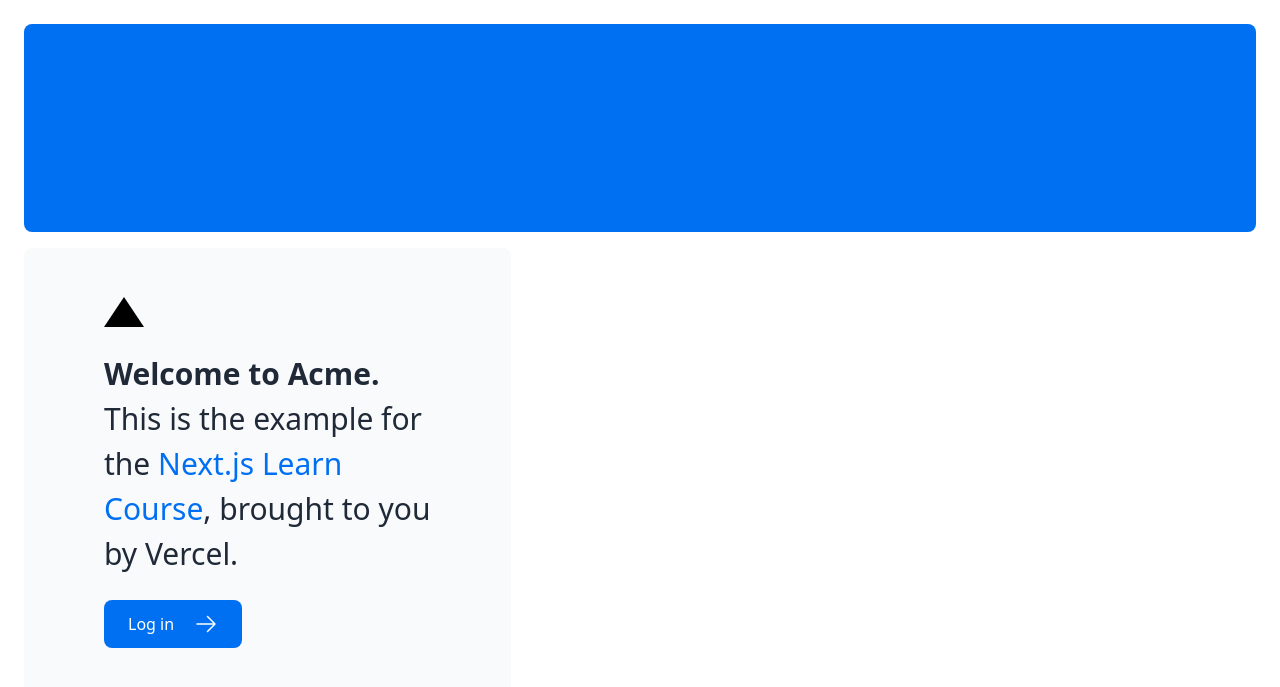
Repository: ankit-Kumar-4/nextjs-dashboard
Page: /
An editor plug-in stored every save of this project. The page is shown before and after the next save, followed by the edit.
The browser window is 1280 px wide. The pictures show the whole page.
The project was rebuilt for these pictures with package versions that can differ from the ones it lists, and the page was loaded fresh each time. The framework's server and built-in components were replaced by stand-ins that run in the browser. Also part of the build but not shown: next.config.mjs.

Above is the page before, as saved 2024-06-27 21:41:20.

### app/layout.tsx
import '@/app/ui/global.css'
import { inter } from '@/app/ui/fonts';

export default function RootLayout({
  children,
}: {
  children: React.ReactNode;
}) {
  return (
    <html lang="en">
      <body>{children}</body>
    </html>
  );
}

### app/page.tsx
import AcmeLogo from '@/app/ui/acme-logo';
import { ArrowRightIcon } from '@heroicons/react/24/outline';
import Link from 'next/link';
import styles from '@/app/ui/home.module.css';

export default function Page() {
  return (
    <main className="flex min-h-screen flex-col p-6">
      <div className="flex h-20 shrink-0 items-end rounded-lg bg-blue-500 p-4 md:h-52">
        {/* <AcmeLogo /> */}
      </div>
      <div className="mt-4 flex grow flex-col gap-4 md:flex-row">
        <div className="flex flex-col justify-center gap-6 rounded-lg bg-gray-50 px-6 py-10 md:w-2/5 md:px-20">
          <div
            // className="relative w-0 h-0 border-l-[15px] border-r-[15px] border-b-[26px] border-l-transparent border-r-transparent border-b-black"
            className={styles.shape}
          />
          <p className={`text-xl text-gray-800 md:text-3xl md:leading-normal`}>
            <strong>Welcome to Acme.</strong> This is the example for the{' '}
            <a href="https://nextjs.org/learn/" className="text-blue-500">
              Next.js Learn Course
            </a>
            , brought to you by Vercel.
          </p>
          <Link
            href="/login"
            className="flex items-center gap-5 self-start rounded-lg bg-blue-500 px-6 py-3 text-sm font-medium text-white transition-colors hover:bg-blue-400 md:text-base"
          >
            <span>Log in</span> <ArrowRightIcon className="w-5 md:w-6" />
          </Link>
        </div>
        <div className="flex items-center justify-center p-6 md:w-3/5 md:px-28 md:py-12">
          {/* Add Hero Images Here */}
        </div>
      </div>
    </main>
  );
}

Loaded but not shown: app/ui/global.css (common file); app/ui/home.module.css (common file); tailwind.config.ts (common file); app/ui/fonts.ts (common file)

After the next save:
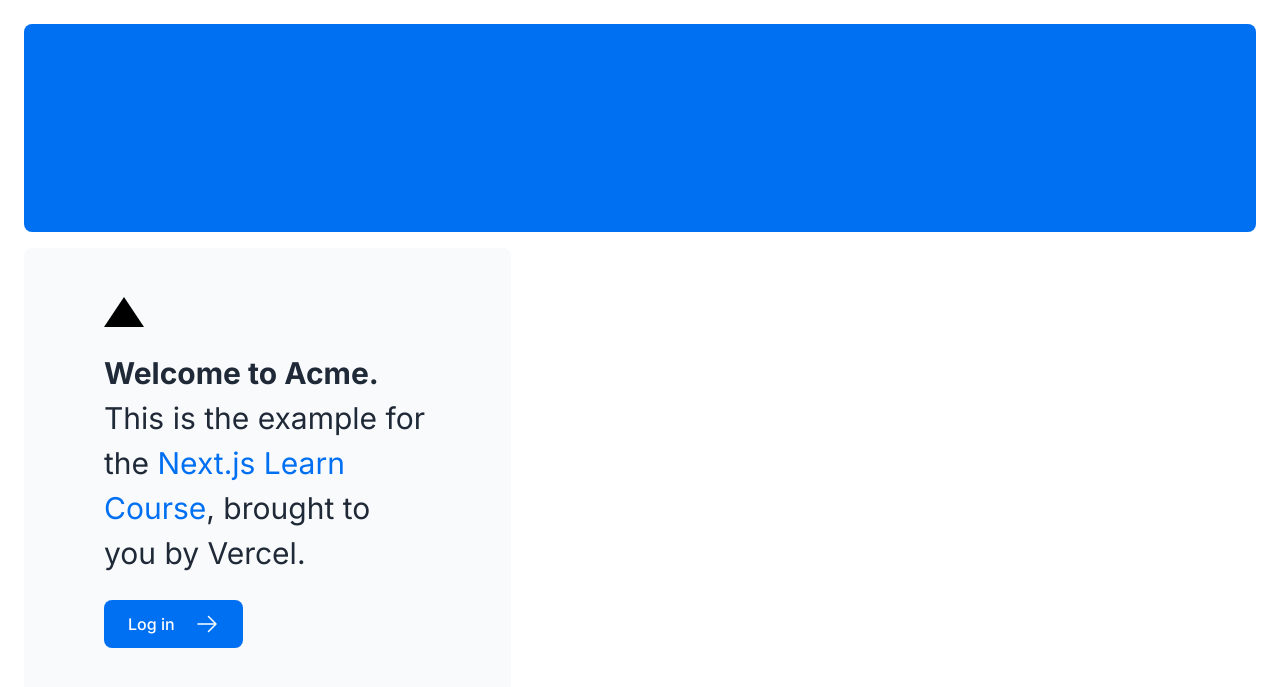
Saved 2 min 17 s later.
--- a/app/layout.tsx
+++ b/app/layout.tsx
@@ -8,7 +8,7 @@
 }) {
   return (
     <html lang="en">
-      <body>{children}</body>
+      <body className={`${inter.className} antialised`}>{children}</body>
     </html>
   );
 }
